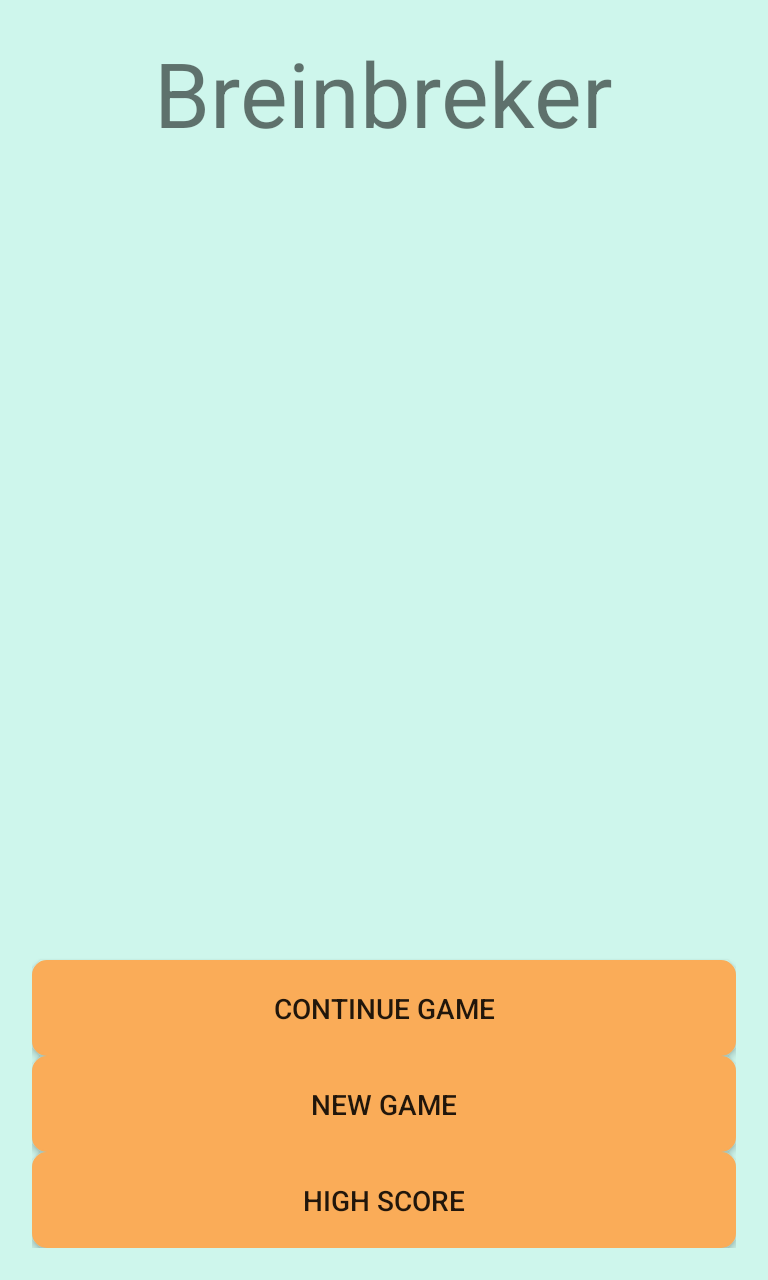
Repository: jelleswester/Breinbreker
Layout: Breinbreker/res/layout/activity_start_screen.xml
These files come from the project's save history. The layout is drawn as it stood at one moment and after the next save; the edit follows.
It is drawn on a 768 x 1280 px phone screen (xhdpi) without system bars, with theme AppTheme; the app's code is not run.

Above is the layout before, as saved 2015-01-22 20:48:56.

After the next save:
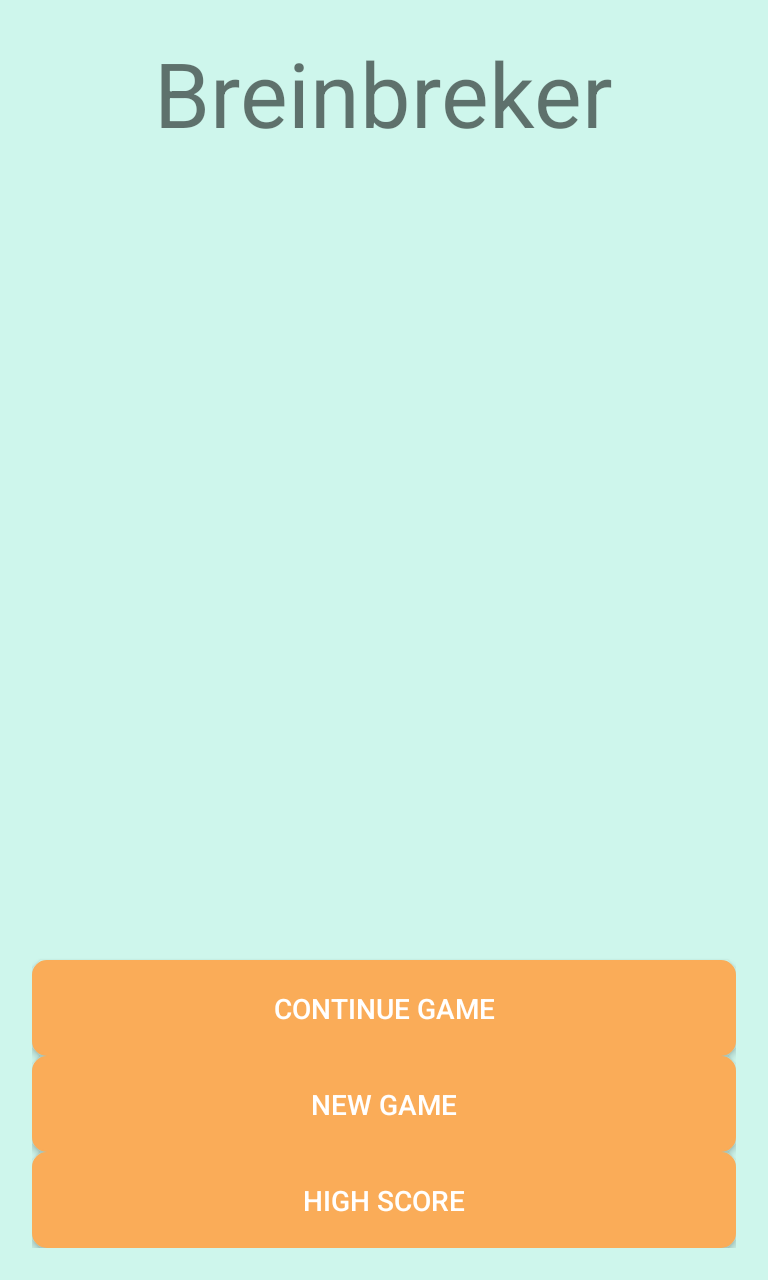
Saved 52 s later.
--- a/Breinbreker/res/layout/activity_start_screen.xml
+++ b/Breinbreker/res/layout/activity_start_screen.xml
@@ -26,6 +26,7 @@
         android:layout_centerHorizontal="true"
         android:onClick="highScoreButton"
         android:background="@drawable/button_shape"
+        android:textColor="@color/white"
         android:text="@string/high_score" />
 
     <Button
@@ -36,6 +37,7 @@
         android:layout_alignLeft="@+id/highScoreButton"
         android:onClick="startButton"
         android:background="@drawable/button_shape"
+        android:textColor="@color/white"
         android:text="@string/new_game" />
 
     <Button
@@ -46,6 +48,7 @@
         android:layout_alignLeft="@+id/newGameButton"
         android:onClick="startButton"
         android:background="@drawable/button_shape"
+        android:textColor="@color/white"
         android:text="@string/continue_game" />
 
 </RelativeLayout>
